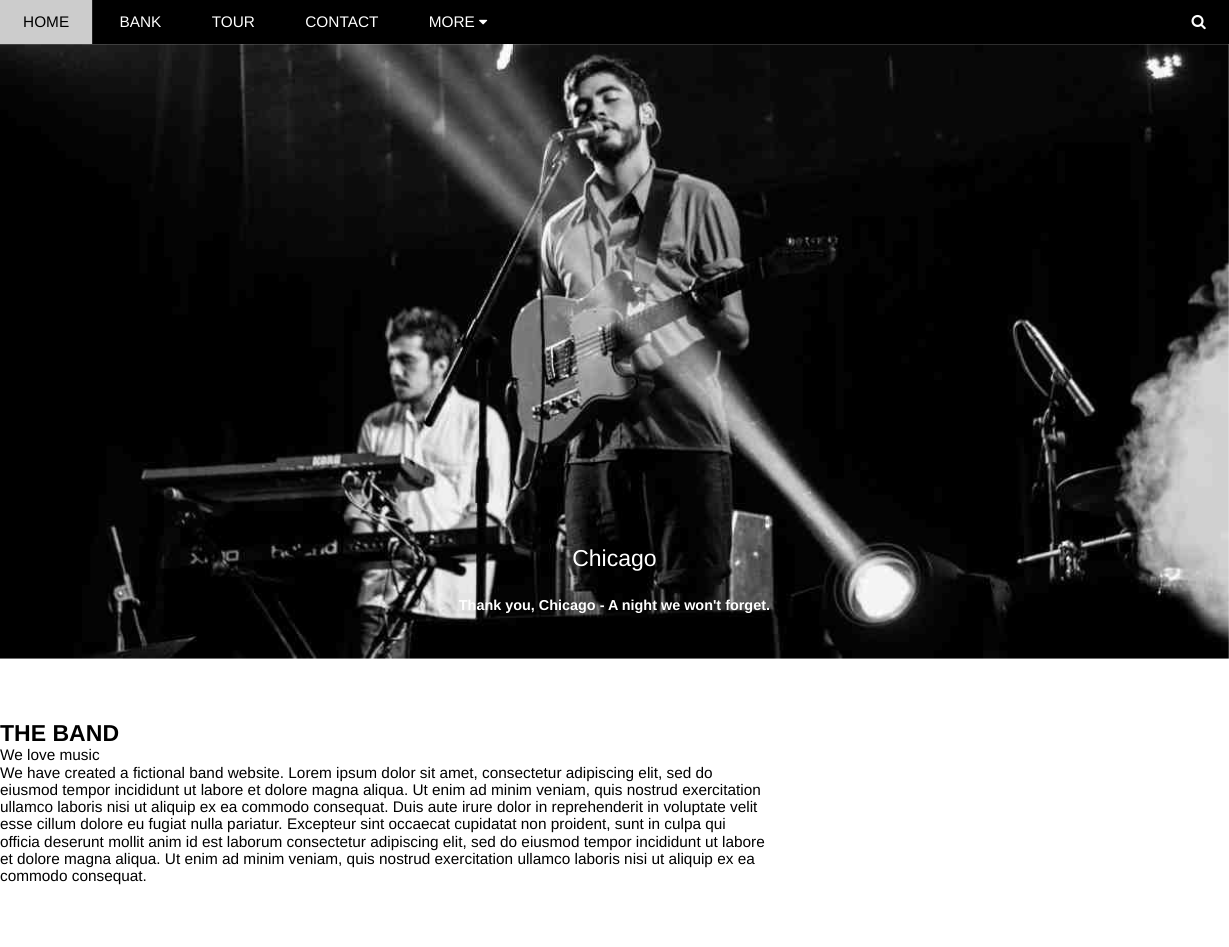
Repository: vuongtm1999/TheBand_W3School
Page: index.html
The author's editor kept a copy of each file at every save. The page is drawn from the files as they stood at one save, then again after the next save.
The browser window is 1280 px wide. The pictures show the whole page, at 96% of full size.

Above is the page before, as saved 2022-08-25 17:18:15.

### index.html
<!DOCTYPE html>
<html lang="en">
<head>
    <meta charset="UTF-8">
    <meta http-equiv="X-UA-Compatible" content="IE=edge">
    <meta name="viewport" content="width=device-width, initial-scale=1.0">
    <title>Document</title>
    <link rel="stylesheet" href="./assets/css/style.css">
    <link rel="stylesheet" href="https://cdnjs.cloudflare.com/ajax/libs/font-awesome/4.7.0/css/font-awesome.min.css">

</head>
<body>
        <div id="header">
            <!-- begin: nav -->
            <ul id="nav">
                <li><a href="#">Home</a></li>
                <li><a href="#">Bank</a></li>
                <li><a href="#">Tour</a></li>
                <li><a href="#">Contact</a></li>
                <li>
                    <a href="#">More <i style="font-size: 15px;" class="fa fa-caret-down"></i></a>
                    <ul class="subnav">
                        <li><a href="#">Merchandise</a></li>
                        <li><a href="#">Extras</a></li>
                        <li><a href="#">Media</a></li>
                    </ul>
                </li>
            </ul>
            <!-- end: nav -->

            <!-- begin: search button -->
            <div class="search-button">
                <i class="fa fa-search"></i>
            </div>
            <!-- end: search button -->
        </div>

        <div id="slider">
            <div class="text-content">
                <div class="container">
                    <h3 class=text-heading>
                        Chicago
                    </h3>
                    <div class="text-description">
                        Thank you, Chicago - A night we won't forget.
                    </div>
                </div>
            </div>
        </div>

        <div id="content">
            <!-- about section -->
            <div class="content-section">
                <h2 class="section-heading">THE BAND</h2>
                <p class="section-sub-heading">We love music</p>
                <p class="section-about-text">We have created a fictional band website. Lorem ipsum dolor sit amet, consectetur adipiscing elit, sed do eiusmod tempor incididunt ut labore et dolore magna aliqua. Ut enim ad minim veniam, quis nostrud exercitation ullamco laboris nisi ut aliquip ex ea commodo consequat. Duis aute irure dolor in reprehenderit in voluptate velit esse cillum dolore eu fugiat nulla pariatur. Excepteur sint occaecat cupidatat non proident, sunt in culpa qui officia deserunt mollit anim id est laborum consectetur adipiscing elit, sed do eiusmod tempor incididunt ut labore et dolore magna aliqua. Ut enim ad minim veniam, quis nostrud exercitation ullamco laboris nisi ut aliquip ex ea commodo consequat.</p>
            </div>

        </div>

        <div id="footer">

        </div>
    </div>
</body>
</html>

### assets/css/style.css
/* reset CSS */
* {
    margin: 0;
    padding: 0;
    box-sizing: border-box;
}

html {
    font-family: Helvetica, Arial, sans-serif;
}

#nav, .subnav{
    list-style-type: none;
}

#nav{
    display: inline-block;
}

/*
Nguyen tac lam viec
1. Vi tri
2. Kich thuoc
3. Mau sac
4. Kieu dang (kieu chu, hinh tron hay hinh vuong,...)
*/

/*
Tu ngoai vao trong
Tu tren xuong duoi
TU tong quan den chi tiet
 */

#main {}

#header {
    position: fixed;
    z-index: 1;
    height: 46px;
    background-color: #000;
    color: #fff;
    top: 0;
    left: 0;
    right: 0;
}

#nav li {
    text-decoration: none;
    line-height: 46px;
}

a{
    text-decoration: none;
}

#nav > li > a {
    /* display: inline-block; */
    padding: 0px 24px;
    color: #ffffff;
    text-transform: uppercase;
}

#nav > li {
    display: inline-block;
}

#nav li:last-child {
    position: relative;
}

#nav .subnav {
    background-color: #fff;
    position: absolute;
    display: none;
    top: 100%;
    left: 0;
    box-shadow:  0px 0px 10px rgba(0, 0, 0, 0.3);
    min-width: 160px;
}

#nav .subnav a{
    color: #000;
    padding: 0px 12px;
    line-height: 30px;
    display: inline-block;
    width: 100%;
}

#nav .subnav li:hover,
#nav > li:hover > a {
    color: #000;
    background-color: #ccc;
    display: block;
}

#nav > li:last-child:hover .subnav{
    display: block;
}

/* search btn */
#header .search-button{
    float: right;
    line-height: 46px;
    padding: 0 24px;
}

#header .search-button:hover{
    background-color: #f44336;
    cursor: pointer;
}

#slider {
    /* background-color: rgb(27, 22, 22); */
    margin-top: 46px;
/* padding-top bang 50% chieu rong cua thanh phan do */
    padding-top: 50%;
    position: relative;
    background: url("/assets/img/chicago.jpg") top center / cover no-repeat;
}

#slider .text-content{
    position: absolute;
    color: white;
    bottom: 48px;

    /* cach 1 */
    /* left: 50%;
    transform: translateX(-50%); */
    /* cach 2 */
    /* left: 0;
    right: 0; */
    /* cach 3 */
    width: 100%;
    text-align: center;
}

.text-heading{
    font-size: 24px;
    font-weight: 400;
}

.text-description{
    margin-top: 25px;
    font-weight: bolder;
    font-size: 15px;
}

#content .content-section{
    width: 800px;
    padding: 64px 0;
    left: 0;
    right: 0;
}


#container {
    /* height: 500px;
    background-color: #ccc; */
}

#content {}

#footer {}

After the next save:
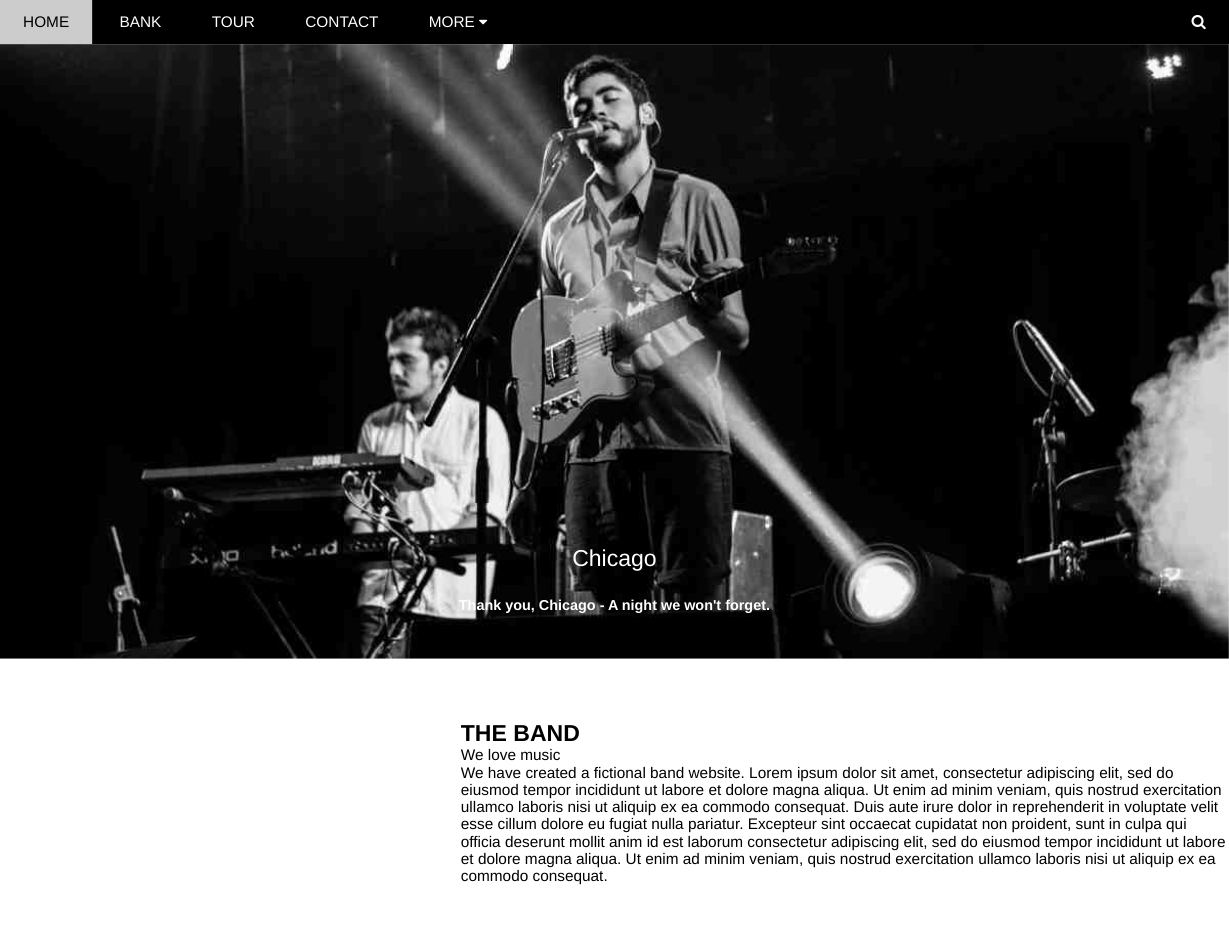
Saved 28 s later.
--- a/assets/css/style.css
+++ b/assets/css/style.css
@@ -148,8 +148,8 @@ a{
 #content .content-section{
     width: 800px;
     padding: 64px 0;
-    left: 0;
-    right: 0;
+    margin-left: auto;
+    margin-right: 0;
 }
 
 
